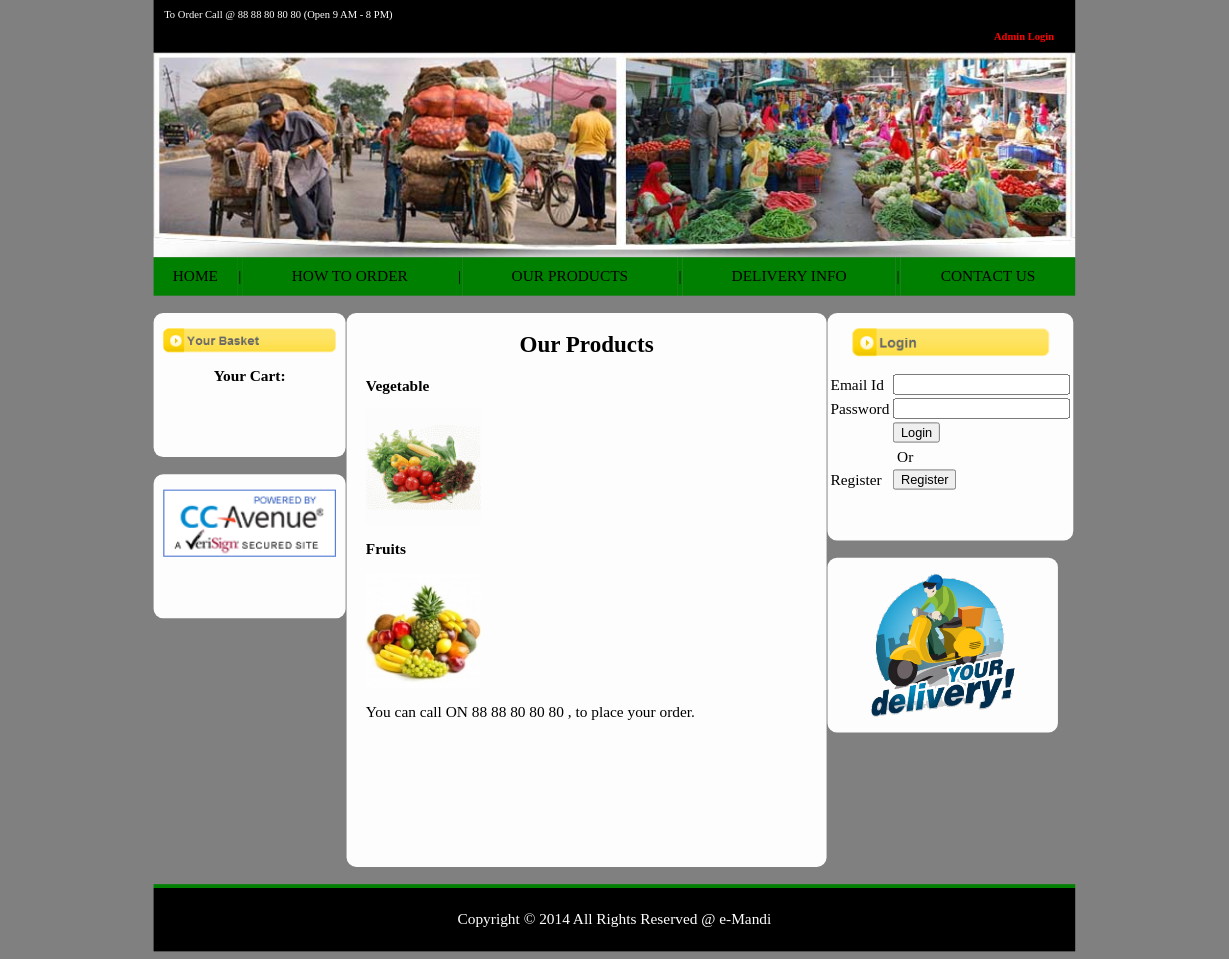
Repository: aashi12/e_mandi
Page: http://localhost/e_mandi/ourProducts.jsp
These files come from the project's save history. The page is drawn as it stood at one moment and after the next save; the edit follows.
The browser window is 1280 px wide. The pictures show the whole page, at 96% of full size.
The page is served by Tomcat 9. Other server files are loaded and not shown.

Above is the page before, as saved 2014-04-18 12:32:35.

### e_mandi/WebContent/ourProducts.jsp
<%@ page language="java" contentType="text/html; charset=ISO-8859-1"
    pageEncoding="ISO-8859-1"%>
<!DOCTYPE html PUBLIC "-//W3C//DTD HTML 4.01 Transitional//EN" "http://www.w3.org/TR/html4/loose.dtd">
<html>
<head>
<meta http-equiv="Content-Type" content="text/html; charset=ISO-8859-1">
<title>Online e-Mandi</title>
<link rel="stylesheet" href="style.css" />
</head>
<body bgcolor="gray">
<div id="container">
<div id="main">
<table border="0" width="960" height="270" cellspacing="0" cellpadding="0">
<tr>
<td height="25" bgcolor="black" class="order"><p> &nbsp;&nbsp;&nbsp;&nbsp;To Order Call @ 88 88 80 80 80 (Open 9 AM - 8 PM)</p>
<p align="right" class="admin"><b><a href="admin.jsp">Admin Login</a> &nbsp; &nbsp; &nbsp; &nbsp;</b></p>
</td>
</tr>
<tr>
<td class="bann">
<!--  banner -->
</td>
</tr>
</table>
<table border="0" width="960" height="40" cellspacing="0" cellpadding="0">
<tr bgcolor="green">
<td align="center" class="tab"><a href="index.jsp">HOME</a></td>
<td align="center" class="tab">|</td>
<td align="center" class="tab"><a href="howToOrder.jsp">HOW TO ORDER</a></td>
<td align="center" class="tab">|</td>
<td align="center" class="tab"><a href="ourProducts.jsp">OUR PRODUCTS</a></td>
<td align="center" class="tab">|</td>
<td align="center" class="tab"><a href="deliveryInfo.jsp">DELIVERY INFO</a></td>
<td align="center" class="tab">|</td>
<td align="center" class="tab"><a href="contactUs.jsp">CONTACT US</a></td>
</tr>
</table>
<br/>
<table border="0" width="960" height="auto" cellspacing="0" cellpadding="0">
<tr>
<td width="200" valign="top">
<table class="basket" width="200" height="150" cellspacing="0" cellpadding="0" bgcolor="#fefdfd">
<tr>
<td align="center" valign="top">
<p><img src="images/basket.png" width="180"/></p>
<p class="bask"><b>Your Cart:</b></p>
</td>
</tr>
</table>
&nbsp;
<table class="basket" width="200" height="150" cellspacing="0" cellpadding="0" bgcolor="#fefdfd">
<tr>
<td align="center" valign="top">
<p><img src="images/ccav.gif" width="180"/></p>
</td>
</tr>
</table>
</td>
<td width="560" align="center" valign="top">
<table class="basket" border="0" width="500" height="150" cellspacing="0" cellpadding="0" bgcolor="#fefdfd">
<tr>
<td  valign="top">
<h2 align="center">Our Products</h2>
<div id="con1">
<p><b>Vegetable</b></p>
<p><img alt="Vegetable" src="images/Vegetables.gif"></p>
<p><b>Fruits</b></p>
<p><img alt="Fruits" src="images/Fruits.jpg"></p>
<p>You can call ON    88 88 80 80 80 , to place your order.</p>

<p>&nbsp;</p>
<p>&nbsp;</p>
<p>&nbsp;</p>
<p>&nbsp;</p>
</div>
</td>
</tr>
</table>

</td>
<td width="300" valign="top">
<table border="0" class="basket" width="200" height="150" cellspacing="0" cellpadding="0" bgcolor="#fefdfd">
<tr>
<td align="center">
<p><img src="images/login.png" /></p>
<form action="Validate" method="post">
<table width="240">
<tr>
<td>Email Id</td>
<td><input type="text" name="email"></td>
</tr>
<tr>
<td>Password</td>
<td><input type="password" name="pass"></td>
</tr>
<tr>
<td></td>
<td><input type="submit" value="Login"></td>
</tr>

<tr>
<tr>
<td>&nbsp;</td>
<td>&nbsp;Or</td>
</tr>
</form>
<tr>
<td>Register
<p>&nbsp;</p></td>
<td><a href="Register.jsp"><input type="button" value="Register"></a>
<p>&nbsp;</p>
</td>
</tr>
</table>
</td>
</tr>
</table>
&nbsp;
<table border="0" class="basket" width="240" height="150" cellspacing="0" cellpadding="0" bgcolor="#fefdfd">
<tr>
<td align="center">
<p><img src="images/free.png" width="150" height="150" /></p>
</td>
</tr>
</table>
</td>
</tr>
</table>
&nbsp;
<table border="0" width="960" height="70" cellspacing="0" cellpadding="0">
<tr>
<td height="4" bgcolor="green"></td>
</tr>
<tr>
<td height="65" bgcolor="black" align="center" class="foot">
<p>Copyright &copy; 2014 All Rights Reserved @ e-Mandi</p>
</td>
</tr>
</table>
</div>
</div>
</body>
</html>

### e_mandi/WebContent/style.css
#container{margin-top:-10px;}
#main{margin: 0px auto;width:960px;}
.tab{color:#000;text-decoration:none;}
.tab a{color:#000;text-decoration:none;}
.tab a:hover{color:#fff;text-decoration:none;}
.tab12{color:#fff;text-decoration:none;}
.tab12 a{color:#fff;text-decoration:none;}
.tab12 a:hover{color:red;text-decoration:none;}
.bann{background-image: url(images/header.jpg);}
.order{color:#fff; font-size:11px;}
.free{padding-left:400px;}
.logo{padding-bottom:50px;}
.basket{border-radius:10px;}
.foot{color:#fff;}
.cat{color:#000;text-decoration:none;}
.cat a{color:red;text-decoration:none;}
.cat a:hover{color:green;text-decoration:none;}
.admin{color:red;text-decoration:none; }
.admin a{color:red; text-decoration:none;}
.admin a:hover{color:#fff;text-decoration:none; }
#con1{padding-left:20px;padding-right:20px;}
img{border:none;}
a{text-decoration:none;}
.log a{text-decoration:none;}
.section a{color:green;text-decoration:none;}
.section a:hover{color:red;text-decoration:none;}
.quick{color:green;text-decoration:underline;}
#login
{
	text-align:center;

}

After the next save:
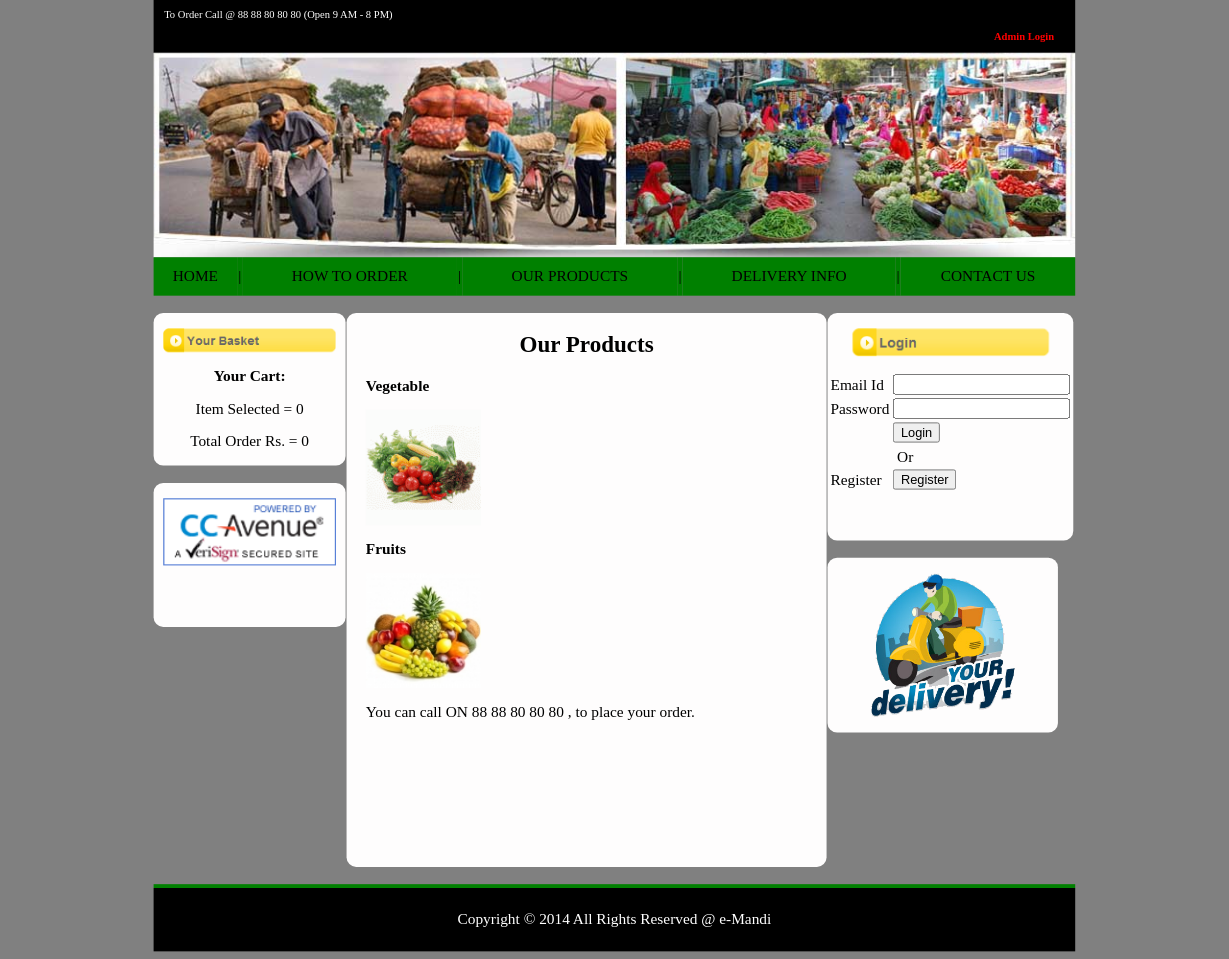
Saved 56 s later.
--- a/e_mandi/WebContent/ourProducts.jsp
+++ b/e_mandi/WebContent/ourProducts.jsp
@@ -44,6 +44,24 @@
 <td align="center" valign="top">
 <p><img src="images/basket.png" width="180"/></p>
 <p class="bask"><b>Your Cart:</b></p>
+<p>Item Selected = <% Integer a=(Integer)session.getAttribute("count");
+if(a==null)
+	 {
+		 a=new Integer(0);
+
+	 }
+
+%> <%= a.intValue() %></p>
+<p>Total Order Rs. = <%   Integer amu=(Integer)session.getAttribute("amount");
+if(amu==null)
+	 {
+		 amu=new Integer(0);
+
+	 }
+%>
+<%= amu %>
+</p>
+
 </td>
 </tr>
 </table>
